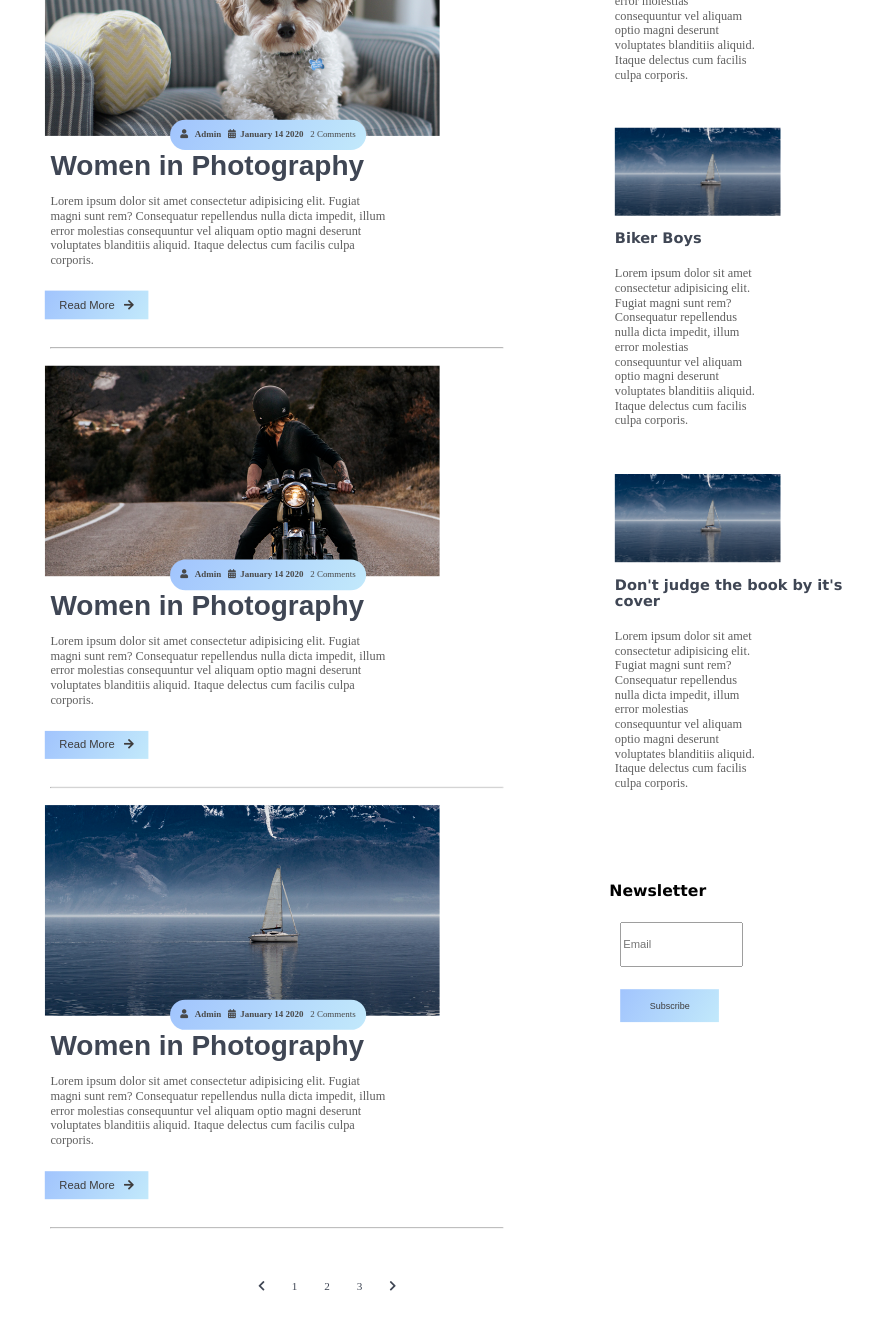
Repository: premjawaharp/Blogsite
Page: index.html
An editor plug-in stored every save of this project. The page is shown before and after the next save, followed by the edit.
The browser window is 1280 px wide. The pictures show the part of the page from y = 2033 to 3953 px (the page is 3953 px tall), at 70% of full size.

Above is the page before, as saved 2020-09-16 21:39:35.

### index.html
<!DOCTYPE html>
<html lang="en">
<head>
    <meta charset="UTF-8">
    <meta name="viewport" content="width=device-width, initial-scale=1.0">
    <title>Blogger</title>

    <!--Font Awesome style-->
    <link rel="stylesheet" href="css/all.css">

    <!-- Owl Carousel style -->
    <link rel="stylesheet" href="./css/owl.carousel.min.css">
    <link rel="stylesheet" href="./css/owl.theme.default.css">

    <!--Custom style-->
    <link rel="stylesheet" href="css/style.css">
</head>
<body>
    <!------------- Navigation ------------------>
   <nav class="nav">
        <div class="nav-menu flex-row">
            <div class="nav-brand">
                <a href="#" class="text-gray">Premonation</a>
            </div>
            <div class="toggle-collapse">
                <div class="toggle-icons">
                    <i class="fas fa-bars"></i>
                </div>
            </div>
            <div>
                <ul class="nav-items">
                    <li class="nav-link">
                        <a href="#">Home</a>
                    </li>
                    <li class="nav-link">
                        <a href="#">Category</a>
                    </li>
                    <li class="nav-link">
                        <a href="#">Archive</a>
                    </li>
                    <li class="nav-link">
                        <a href="#">Pages</a>
                    </li>
                    <li class="nav-link">
                        <a href="#">Contact Us</a>
                    </li>
                </ul>
            </div>
            <div class="social text-gray">
                    <a href="#"><i class="fab fa-facebook-f"></i></a>
                    <a href="#"><i class="fab fa-instagram"></i></a>
                    <a href="#"><i class="fab fa-twitter"></i></a>
                    <a href="#"><i class="fab fa-youtube"></i></a>
            </div>
        </div>
    </nav>
    <!-----x------- Navigation --------x--------->

    <!-- Main site section -->
    <main>
        <!---- Site title ---->
        <section class="site-title">
            <div class="site-background">
                <h3>Tours & Travels</h3>
                <h1>Amazing Place on Earth</h1>
                <button class="btn">Explore</button>
            </div>
        </section>
        <!-- x Site title x -->
        <!-- Blog Carousel content -->
        <section>
            <div class="blog">
                <div class="container">
                    <div class="owl-carousel owl-theme blogpost">
                        <div class="blog-content">
                            <img src="./assets/Blog-post/post-1.jpg" alt="post1">
                            <div class="blog-title">
                                <h3>London Fashion Week</h3>
                                <button class="btn">Fashion</button>
                            </div>
                        </div>
                        <div class="blog-content">
                            <img src="./assets/Blog-post/post-2.jpg" alt="post2">
                            <div class="blog-title">
                                <h3>London Fashion Week</h3>
                                <button class="btn">Fashion</button>
                            </div>
                        </div>
                        <div class="blog-content">
                            <img src="./assets/Blog-post/post-3.jpg" alt="post3">
                            <div class="blog-title">
                                <h3>London Fashion Week</h3>
                                <button class="btn">Fashion</button>
                            </div>
                        </div>
                        <div class="blog-content">
                            <img src="./assets/Blog-post/post-1.jpg" alt="post1">
                            <div class="blog-title">
                                <h3>London Fashion Week</h3>
                                <button class="btn">Fashion</button>
                            </div>
                        </div>

                    </div>
                    <div class="owl-navigation">
                        <span class="owl-nav-prev"><i class="fas fa-long-arrow-alt-left"></i></span>
                        <span class="owl-nav-next"><i class="fas fa-long-arrow-alt-right"></i></span>
                    </div>
                </div>
            </div>
        </section>
        <!-- x Blog Carousel content x -->

        <!---- Site Content ---->

        <section class="container">
            <div class="site-content">
                <div class="posts">
                    <div class="post-content">
                        <div class="post-image">
                            <div>
                                <img  src="./assets/Blog-post/blog1.png" class="img" alt="blog1">
                            </div>
                            <div class="post-info flex-row">
                                <span><i class="fas fa-user text-gray">&nbsp;&nbsp; Admin</i></span>&nbsp;
                                <span><i class="fas fa-calendar-alt text-gray">&nbsp;&nbsp;January 14 2020</i></span>&nbsp;
                                <span class="text-gray">2 Comments</span>
                            </div>
                        </div>
                        <div class="post-title">
                            <a href="#"><h1>Women in Photography</h1></a>
                            <p>Lorem ipsum dolor sit amet consectetur adipisicing elit.
                                Fugiat magni sunt rem? Consequatur repellendus nulla dicta impedit, illum error molestias consequuntur vel aliquam optio magni deserunt voluptates blanditiis aliquid. Itaque delectus cum facilis culpa corporis.</p>
                        </div>
                        <button class="btn post-btn">Read More &nbsp; <i class="fas fa-arrow-right"></i></button>
                    </div>
                    <hr>
                    <div class="post-content">
                        <div class="post-image">
                            <div>
                                <img  src="./assets/Blog-post/blog2.png" class="img" alt="blog">
                            </div>
                            <div class="post-info flex-row">
                                <span><i class="fas fa-user text-gray">&nbsp;&nbsp; Admin</i></span>&nbsp;
                                <span><i class="fas fa-calendar-alt text-gray">&nbsp;&nbsp;January 14 2020</i></span>&nbsp;
                                <span class="text-gray">2 Comments</span>
                            </div>
                        </div>
                        <div class="post-title">
                            <a href="#"><h1>Women in Photography</h1></a>
                            <p>Lorem ipsum dolor sit amet consectetur adipisicing elit.
                                Fugiat magni sunt rem? Consequatur repellendus nulla dicta impedit, illum error molestias consequuntur vel aliquam optio magni deserunt voluptates blanditiis aliquid. Itaque delectus cum facilis culpa corporis.</p>
                        </div>
                        <button class="btn post-btn">Read More &nbsp; <i class="fas fa-arrow-right"></i></button>
                    </div>
                    <hr>
                    <div class="post-content">
                        <div class="post-image">
                            <div>
                                <img  src="./assets/Blog-post/blog3.png" class="img" alt="blog3">
                            </div>
                            <div class="post-info flex-row">
                                <span><i class="fas fa-user text-gray">&nbsp;&nbsp; Admin</i></span>&nbsp;
                                <span><i class="fas fa-calendar-alt text-gray">&nbsp;&nbsp;January 14 2020</i></span>&nbsp;
                                <span class="text-gray">2 Comments</span>
                            </div>
                        </div>
                        <div class="post-title">
                            <a href="#"><h1>Women in Photography</h1></a>
                            <p>Lorem ipsum dolor sit amet consectetur adipisicing elit.
                                Fugiat magni sunt rem? Consequatur repellendus nulla dicta impedit, illum error molestias consequuntur vel aliquam optio magni deserunt voluptates blanditiis aliquid. Itaque delectus cum facilis culpa corporis.</p>
                        </div>
                        <button class="btn post-btn">Read More &nbsp; <i class="fas fa-arrow-right"></i></button>
                    </div>
                    <hr>
                    <div class="post-content">
                        <div class="post-image">
                            <div>
                                <img  src="./assets/Blog-post/blog4.png" class="img" alt="blog3">
                            </div>
                            <div class="post-info flex-row">
                                <span><i class="fas fa-user text-gray">&nbsp;&nbsp; Admin</i></span>&nbsp;
                                <span><i class="fas fa-calendar-alt text-gray">&nbsp;&nbsp;January 14 2020</i></span>&nbsp;
                                <span class="text-gray">2 Comments</span>
                            </div>
                        </div>
                        <div class="post-title">
                            <a href="#"><h1>Women in Photography</h1></a>
                            <p>Lorem ipsum dolor sit amet consectetur adipisicing elit.
                                Fugiat magni sunt rem? Consequatur repellendus nulla dicta impedit, illum error molestias consequuntur vel aliquam optio magni deserunt voluptates blanditiis aliquid. Itaque delectus cum facilis culpa corporis.</p>
                        </div>
                        <button class="btn post-btn">Read More &nbsp; <i class="fas fa-arrow-right"></i></button>
                    </div>
                    <hr>
                    <div class="pagination flex-row">
                        <a href="#"><i class="fas fa-chevron-left"></i></a>
                        <a href="#" class="page">1</a>
                        <a href="#" class="page">2</a>
                        <a href="#" class="page">3</a>
                        <a href="#" ><i class="fas fa-chevron-right"></i></a>
                    </div>
                </div>
                <aside class="sidebar">
                    <div class="category">
                        <h3>Category</h3>
                        <ul class="category-list">
                            <li class="list-items">
                                <a href="#">Software</a>
                                <span>(05)</span>
                            </li>
                            <li class="list-items">
                                <a href="#">Technology</a>
                                <span>(03)</span>
                            </li>
                            <li class="list-items">
                                <a href="#">Lifestyle</a>
                                <span>(02)</span>
                            </li>
                            <li class="list-items">
                                <a href="#">Shopping</a>
                                <span>(06)</span>
                            </li>
                            <li class="list-items">
                                <a href="#">Food</a>
                                <span>(04)</span>
                            </li>
                        </ul>
                    </div>
                    <div class="popular-post">
                        <h3>Popular Posts</h3>
                        <div class="post-content">
                            <div class="post-image">
                                <div>
                                    <img  src="./assets/Blog-post/blog4.png" class="img" alt="blog3">
                                </div>

                            </div>
                            <div class="post-title">
                                <a href="#"><h4>Women in Photography</h4></a>
                                <p>Lorem ipsum dolor sit amet consectetur adipisicing elit.
                                    Fugiat magni sunt rem? Consequatur repellendus nulla dicta impedit, illum error molestias consequuntur vel aliquam optio magni deserunt voluptates blanditiis aliquid. Itaque delectus cum facilis culpa corporis.</p>
                            </div>
                        </div>
                        <div class="post-content">
                            <div class="post-image">
                                <div>
                                    <img  src="./assets/Blog-post/blog4.png" class="img" alt="blog3">
                                </div>
                            </div>
                            <div class="post-title">
                                <a href="#"><h4>Biker Boys</h4></a>
                                <p>Lorem ipsum dolor sit amet consectetur adipisicing elit.
                                    Fugiat magni sunt rem? Consequatur repellendus nulla dicta impedit, illum error molestias consequuntur vel aliquam optio magni deserunt voluptates blanditiis aliquid. Itaque delectus cum facilis culpa corporis.</p>
                            </div>
                        </div>
                        <div class="post-content">
                            <div class="post-image">
                                <div>
                                    <img  src="./assets/Blog-post/blog4.png" class="img" alt="blog3">
                                </div>
                            </div>
                            <div class="post-title">
                                <a href="#"><h4>Don't judge the book by it's cover</h4></a>
                                <p>Lorem ipsum dolor sit amet consectetur adipisicing elit.
                                    Fugiat magni sunt rem? Consequatur repellendus nulla dicta impedit, illum error molestias consequuntur vel aliquam optio magni deserunt voluptates blanditiis aliquid. Itaque delectus cum facilis culpa corporis.</p>
                            </div>
                        </div>
                        <div class="news-letter">
                            <div class="news-form">
                                <h3>Newsletter</h3>
                                <div class="news-inputs">
                                    <input type="text" class='input-element' placeholder="Email">
                                    <button class="new-form-btn btn">Subscribe</button>
                                </div>

                            </div>
                        </div>

                    </div>
                </aside>

            </div>
        </section>
        <!-- x Site Content x -->

    </main>

    <!-- x Main site section x -->

    <!-- Jquery library -->
    <script src="js/jquery3.5.1.min.js"></script>
    <!-- Owl Carousel Js -->
    <script src="js/owl.carousel.min.js"></script>
    <!-- Custom javascript -->
    <script src="js/script.js"></script>



</body>
</html>

### css/style.css
@import url('./fonts.css');

html,body{
    margin: 0%;
    box-sizing: border-box;
    overflow-x: hidden;
}

:root{

    /*--------- theme font-family --------- */
    --Montserrat: Montserrat, 'Courier New';
    --Monsterrat-bold: Montserrat-Medium;
    --Anton-regular: Anton-Regular;

    /* theme color */
    --text-gray: #3f4654;
    --light-grey: rgb(73, 73, 73);
    --text-light: #5f5f5f;
    --bg-color: black;
    --white: white;
    --mild-grey: rgb(194, 197, 197);
    --midnight: rgb(21, 37, 37);

    /* --------gradient color -------- */
    --sky-blue: linear-gradient(to top, #fff1eb 0%, #ace0f9 100%);
    --mel-green: linear-gradient(to top, #c1dfc4 0%, #deecdd 100%);
    --rare-wind: linear-gradient(to top, #f8d8e8 0%, #c8eef5 100%);
    --water-sky: linear-gradient(120deg, #a1c4fd 0%, #c2e9fb 100%);;

}




/* --------global classes-------- */
a{
    text-decoration: none;
    color: var(--text-gray);
}

.flex-row{
    display: flex;
    flex-direction:row ;
    flex-wrap: wrap;
}

ul{
    list-style-type: none;
}

h1{
    font-family: sans-serif;
    font-size: 2.5rem;
}

h3{
    font-family: Geneva;
    font-size: 1.4rem;
}

h4{
    font-family: Geneva;
    font-size: 1.3rem;
}


button.btn{
    border: none;
    border-radius: 4rem;
    padding: 1rem 3rem;
    font-family: sans-serif;
    font-size: 1rem;
    color: rgb(62, 60, 60);
    cursor: pointer;
}

.container{
    margin: 0 5vw;
}

.text-gray{
    color: var(--light-grey);
}

p{
    color: var(--text-light);
    font-size: 1.1rem;
    margin-right: 40%;
}

/* ----x----global classes---x----- */



/* --------navbar-------- */
.nav {
   background: white;
    padding: 0 2rem;
    height: 0rem;
    min-height: 8vh;
    overflow: hidden;
    transition: .5s ease-in;
}
.nav-brand {
    font-size: 1.6rem;
    padding: 1.6rem 0;
    font-family: var(--Monsterrat-bold) ;
}

.nav .nav-menu{
    justify-content: space-between;
    font-family: var(--Montserrat)
}

.nav .toggle-collapse{
    position: absolute;
    top:0%;
    width: 90%;
    cursor: pointer;
    display: none;
}
.nav .toggle-collapse .toggle-icons{
    display: flex;
    justify-content: flex-end;
    padding: 1.7rem 0;
}
.nav .toggle-collapse .toggle-icons i{
    font-size: 1.4rem;
    color: var(--midnight);
}


.collapse{
    height: 30rem;
}

.nav .nav-items{
    display: flex;
    margin: 0;
    padding: .5rem;

}
.nav-link{
    padding: 1.6rem 1rem;
    font-size: 1.1rem;
    position: relative;
}
.nav-link:hover{
    background-color: rgb(52, 65, 62);
}

.collapse{
    height: 30rem;
}
.nav-link:hover a{
    color: white
}

.nav .social{
    padding: 2rem;
}

.nav .social i{
    padding: 0 .3rem;
}
.nav .social i:hover{
    color: var(--mild-grey)
}

/* ----x----navbar----x---- */

/* Main Content */


/* --- Site title --- */

main .site-title{
    background:url('../assets/Background-image.png');
    background-size: cover;
    height: 100vh;
    display: flex;
    justify-content: center;
}

main .site-title .site-background{
    padding: 10rem;
    text-align: center;
    color: var(--white);
}

main .site-title h1,h3{
    margin: .3rem;
}
main .site-title .btn{
    margin: 1.8rem;
    background: var(--sky-blue);
}

main .site-title .btn:hover{
    background: transparent ;
    border:1px solid rgb(207, 226, 179);
    color:whitesmoke
}

/* ---x Site title x--- */

/*---- blog-carousal -----*/
main .blog{
    background: url('../assets/Abract01.png');
    background-repeat: no-repeat;
    background-position: right;
    height: 70vh;
    width: 100%;
    background-size: 55%;

}

main .blog .blogpost{
    padding-top: 6rem;
}

main .blog .blog-content{
    display: flex;
    flex-direction: column;
    text-align: center;
    width: 70%;
    margin: 3rem 2rem;
    box-shadow: 0 15px 20px grey;
}

main .blog-content .blog-title{
    padding: 2rem 0;
}

main .blog-content .btn{
    background: var(--rare-wind);
    margin: .5rem;
}

section .container .owl-nav{
    position: absolute;
    top:10%;
    width: 100%;
}

section .container .owl-nav .owl-nav-prev,
.container .owl-nav .owl-nav-next{
    color: rgb(78, 77, 77);
    font-size: 2rem;
    background: transparent;
}

.owl-theme .owl-nav [class*='owl-']:hover {
    background: transparent;
    color:grey;
    text-decoration: none;
    outline: none;

}

/*---x blog-carousal x----*/

/* Site Content */
main .site-content{
    display: grid;
    grid-template-columns: 70% 30%;
}

main .post-content .post-title a{
    width: 100%;
    margin-bottom: 5rem;
}
main .post-content .post-title h1{
   margin:0rem
}
/* x Site Content x */

.post-image, .post-title{
    padding: 1rem 0rem;
    position: relative;

}

main .site-content .post-content > .post-image .post-info{
    background: var(--water-sky);
    padding: .7rem;
    font-size: .8rem;
    position: absolute;
    bottom: 0%;
    left: 14vw;
    border-radius: 4rem;

}

main .site-content .post-content > .post-image div{
    overflow: hidden;
}

main .site-content .post-content > .post-image .img{
    width: 70%;
    transition: all 1s ease;
}
main .site-content .post-content > .post-image .img:hover{
    transform: scale(1.2);
}

main .site-content .post-content > .post-image .post-info span{
    margin: .2rem
}

main .post-content .post-title a{
    font-size: 1.5rem;
}

main .post-content{
    width: 100%;
    padding-bottom: 2rem;

}

main .post-content .post-btn {
    border-radius: 0;
    padding: .7rem 1.3rem;
    margin-left: 0rem;
    background: var(--water-sky);
}

.site-content .pagination{
    justify-content: center;
    margin: 4rem 0;
}
.site-content .pagination a{
    padding: .6rem .9rem;
    border-radius: 2rem;
    margin:0 .3rem;
}

.site-content .pagination .page{

    color: var(--text-gray);
}

.site-content .pagination .page:hover{
    cursor: pointer;
    color: white;
    background:var(--text-gray);
}

/*--x Site Content x--*/

/* ---sidebar--- */
.site-content >.sidebar .category-list {
    padding: 0rem 0rem;
    margin: 0rem 0rem;
    width: 80%;
}
.site-content >.sidebar .category-list .list-items{
    background: var(--water-sky);
    padding: .7rem 1rem;
    margin:1rem 0rem;
    border-radius: 2rem;
    width: 60%;
    display: flex;
    justify-content: space-between;

}
.site-content > .sidebar .category-list .list-items:hover {
    cursor: pointer;
    transform: scale(1.1);
    transition: all .5s ease-in-out;
}

.site-content >.sidebar .category-list{
    font-family: sans-serif;
    color: var(--text-gray);
}
.site-content .posts hr{
    margin-left: .5rem;
    width: 80%;

}
.popular-post h3{
    padding-top: 4rem;
    padding-bottom: 1rem;
}
.popular-post h4{
    margin-top: 0rem;
}
.sidebar .popular-post .post-image,.post-title{
    padding-left: .5rem;
    padding-top: 0rem;
}
.news-form h3{
    margin:0rem;
    padding-bottom: 1rem;
}
.news-letter .news-form input{
    width: 13vw;
    height: 8vh;
    font-size: 1rem;
    margin:1rem
}
.news-inputs{
    display: flex;
    width: 50%;
    flex-direction: column;
}
main .news-letter .news-form .new-form-btn {
    border-radius: 0;
    padding: 1rem;
    margin: 1rem;
    background: var(--water-sky);
    font-size:1vw;
}




/* -x--sidebar--x- */
/* x Main Content x */
@media only screen and (max-width: 750px){
    .nav .nav-menu, .nav-items{
        flex-direction: column;
    }

    .nav .toggle-collapse{
        display: initial;
    }

}

/* viewoprt less than or equal to 750px */

### css/fonts.css
@font-face{
    font-family: Montserrat;
    src: url(../Montserrat/Montserrat-Light.ttf)
}
@font-face{
    font-family: Montserrat-Bold;
    src: url(../Montserrat/Montserrat-Bold.ttf)
}
@font-face{
    font-family: Montserrat-SemiBold;
    src: url(../Montserrat/Montserrat-SemiBold.ttf)
}
@font-face{
    font-family: Montserrat-Medium;
    src: url(../Montserrat/Montserrat-Regular.ttf)
}

@font-face{
    font-family: Anton-Regular;
    src: url(../Anton/Anton-Regular.ttf)
}

Loaded but not shown: css/all.css (library); css/owl.carousel.min.css (library); css/owl.theme.default.css (common file); js/jquery3.5.1.min.js (library); js/owl.carousel.min.js (library); js/script.js (26 lines, source omitted)

After the next save:
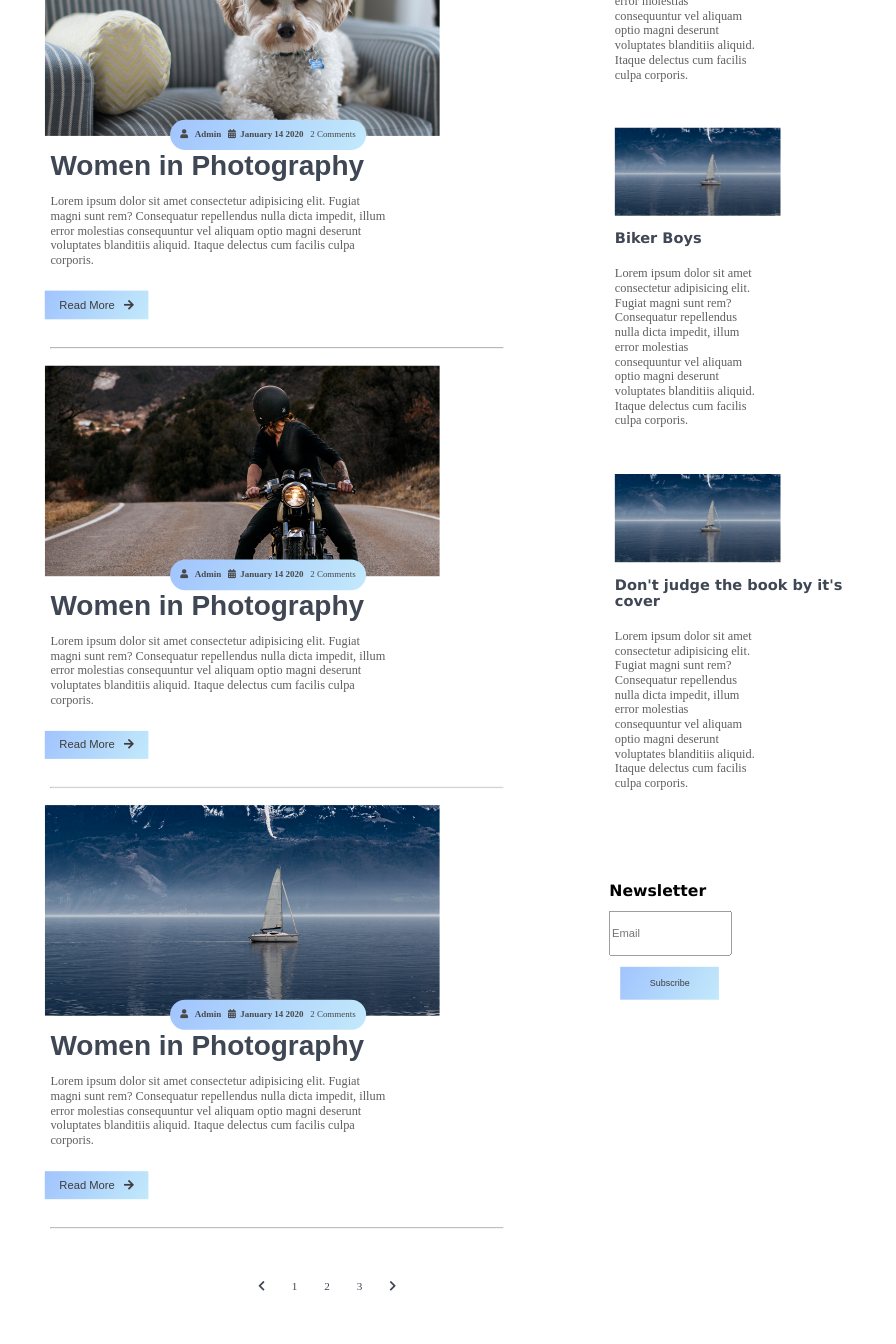
Saved 13 s later.
--- a/css/style.css
+++ b/css/style.css
@@ -399,7 +399,6 @@ main .post-content .post-btn {
     width: 13vw;
     height: 8vh;
     font-size: 1rem;
-    margin:1rem
 }
 .news-inputs{
     display: flex;
